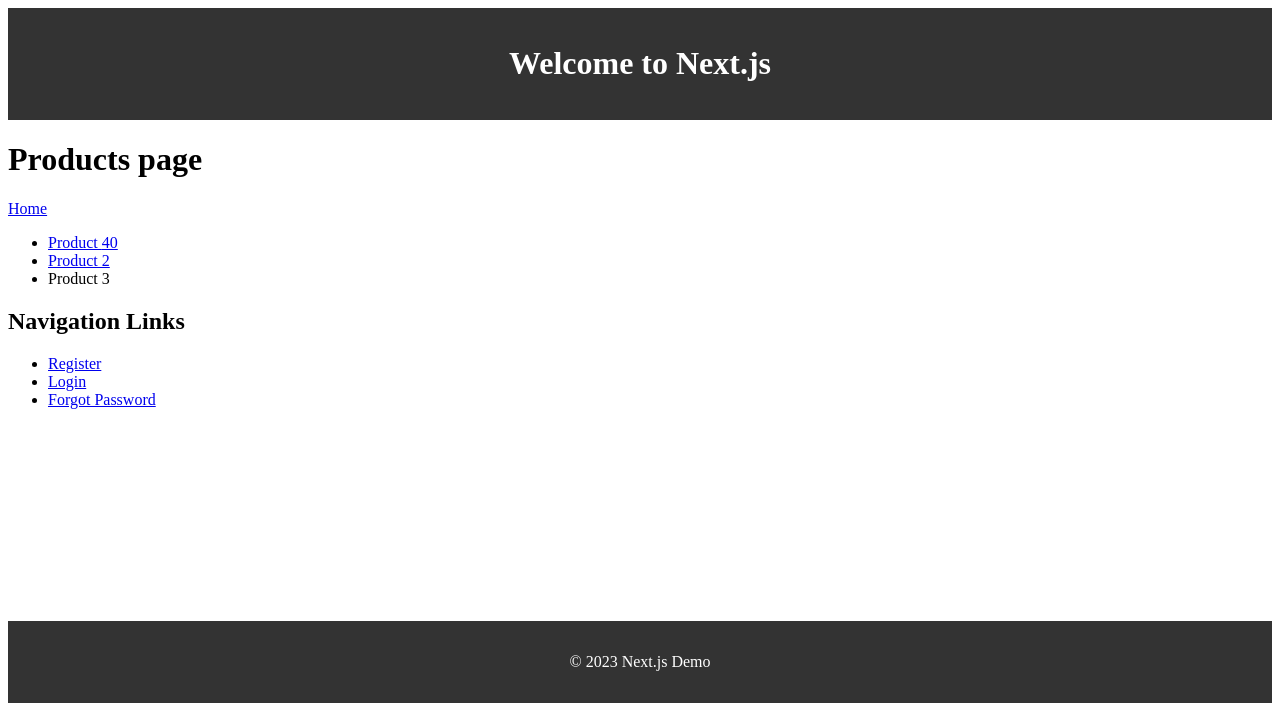
Repository: JasonMorta/NextJs-13_Basics
Page: /products (app in NEXTJS15/next13-demo/)
The author's editor kept a copy of each file at every save. The page is drawn from the files as they stood at one save, then again after the next save.
The browser window is 1280 px wide. The pictures show the whole page.
The project was rebuilt for these pictures with package versions that can differ from the ones it lists, and the page was loaded fresh each time. The framework's server and built-in components were replaced by stand-ins that run in the browser. Also part of the build but not shown: NEXTJS15/next13-demo/next.config.ts.

Above is the page before, as saved 2025-02-28 13:55:01.

After the next save:
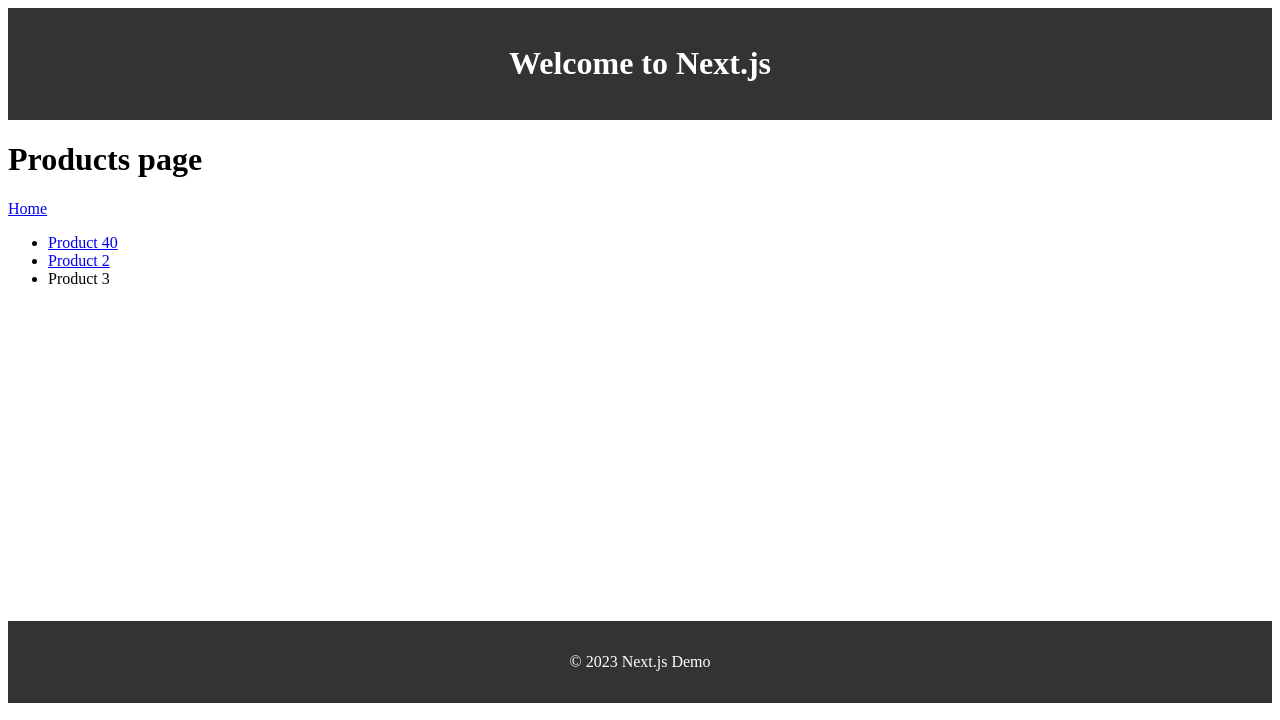
Saved 60 s later.
--- a/NEXTJS15/next13-demo/src/app/products/page.tsx
+++ b/NEXTJS15/next13-demo/src/app/products/page.tsx
@@ -12,11 +12,7 @@
 
   */
 
-   const navLinks = [
-    {href: `register`, name: `Register`},
-    {href: `/login`, name: `Login`},
-    {href: `/forgot-password`, name: `Forgot Password`}
-   ]
+
 
   return (
     <>
@@ -28,14 +24,7 @@
       <li>Product 3</li>
     </ul>
 
-    <h2>Navigation Links</h2>
-    <ul>
-      {navLinks.map((link, index) => (
-        <li key={index}>
-          <Link href={link.href}>{link.name}</Link>
-        </li>
-      ))}
-    </ul>
+
     </>
   )
 }
